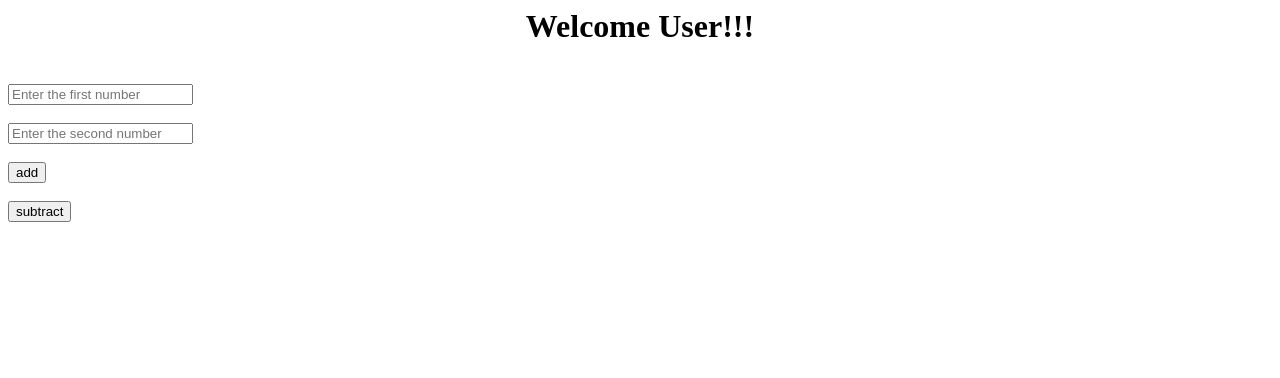
Repository: Rahul1488/servlets
Page: http://localhost/jspproject/
An editor plug-in stored every save of this project. The page is shown before and after the next save, followed by the edit.
The browser window is 1280 px wide. The pictures show the whole page.
The page is served by Tomcat 9.

Above is the page before, as saved 2021-12-31 05:50:20.

After the next save:
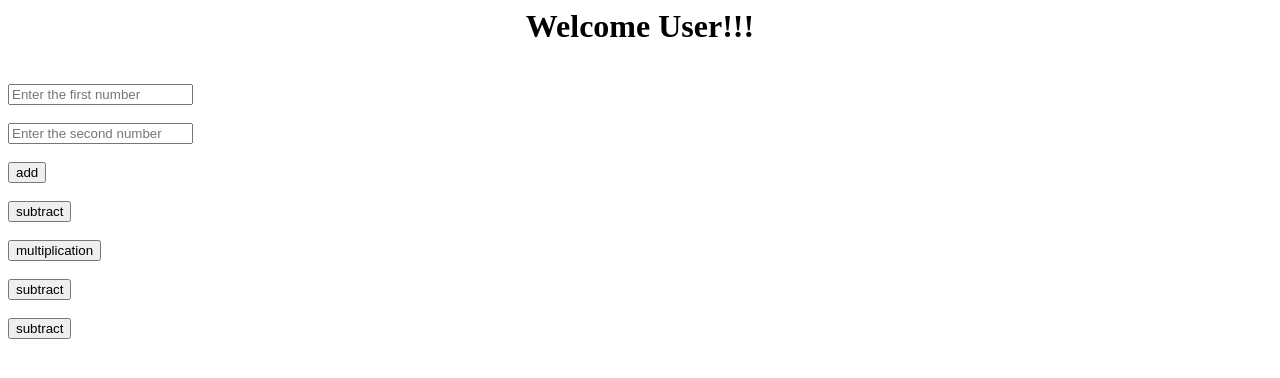
Saved 34 s later.
--- a/jspproject/src/main/webapp/index.jsp
+++ b/jspproject/src/main/webapp/index.jsp
@@ -1,14 +1,28 @@
 <html>
 <body>
 
-	<h1 align="center">Welcome User!!!</h1>
-	<form action="./number.jsp">
-		<br> <input type="text" placeholder="Enter the first number"
-			name="number1"> <br> <br> <input type="text"
-			placeholder="Enter the second number" name="number2"> <br>
-		<br> <input type="submit" value="add"> <br> <br>
-		<input type="submit" value="subtract
-">
-	</form>
+ <h1 align="center">Welcome User!!!</h1>
+<form action="./number.jsp">
+<br>
+<input type="text" placeholder="Enter the first number" name="number1" >
+<br>
+<br>
+<input type="text" placeholder="Enter the second number" name="number2">
+<br>
+<br>
+<input type="submit" value="add">
+<br>
+<br>
+<input type="submit" value="subtract">
+<br>
+<br>
+<input type="submit" value="multiplication">
+<br>
+<br>
+<input type="submit" value="subtract">
+<br>
+<br>
+<input type="submit" value="subtract">
+</form>
 </body>
 </html>
